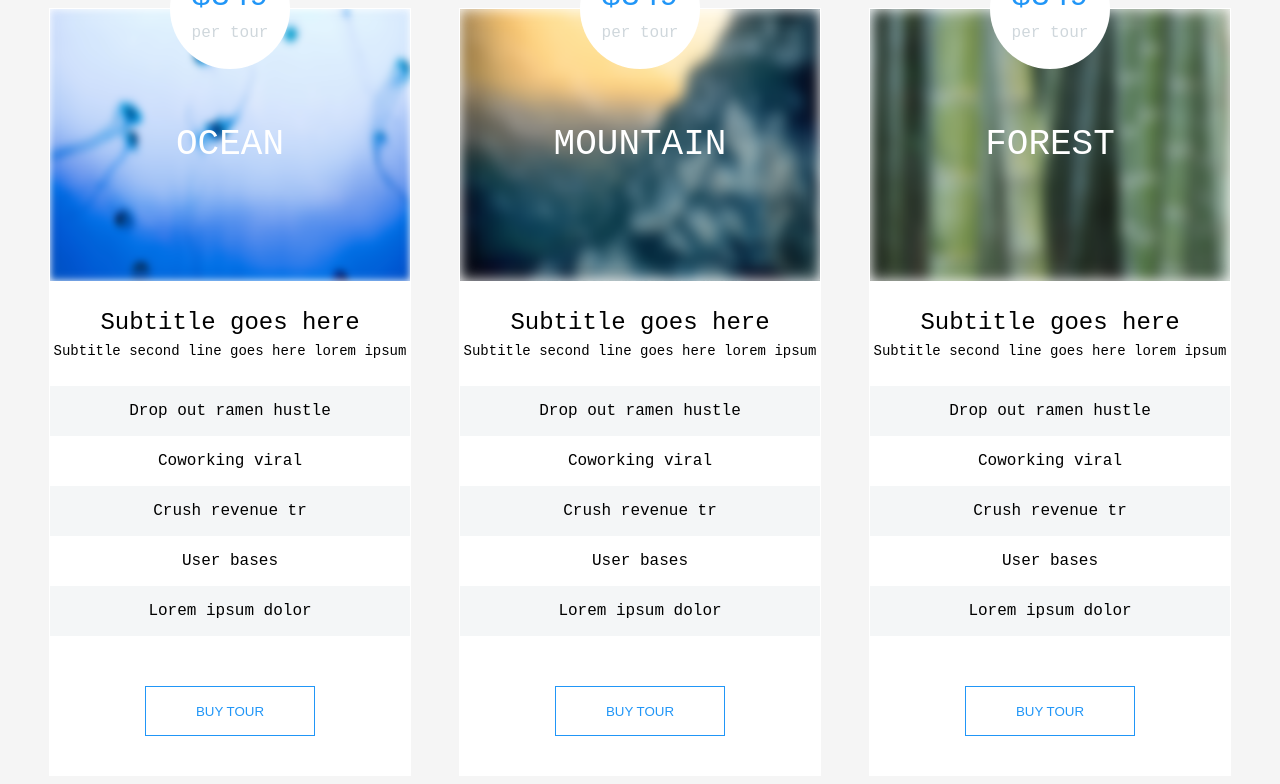
Repository: HoanTiny/pricetable
Page: index.html
The author's editor kept a copy of each file at every save. The page is drawn from the files as they stood at one save, then again after the next save.
The browser window is 1280 px wide. The pictures show the whole page.
The pointer rests on the first visible `.title_btn button`.

Above is the page before, as saved 2022-07-04 10:38:52.

### index.html
<!DOCTYPE html>
<html lang="en">
    <head>
        <meta charset="UTF-8" />
        <meta http-equiv="X-UA-Compatible" content="IE=edge" />
        <meta name="viewport" content="width=device-width, initial-scale=1.0" />
        <title>PriceTable</title>
        <link rel="stylesheet" href="./assests/css/style.css" />
    </head>
    <body>
        <div class="container">
            <div class="price-table">
                <div class="img">
                    <img src="./assests/img/ocean.png" alt="logo" />
                    <span>Ocean</span>
                </div>
                <div class="title">
                    <div class="title_header">
                        <p>Subtitle goes here</p>
                        <span>Subtitle second line goes here lorem ipsum</span>
                    </div>
                    <div class="title_list">
                        <ul>
                            <li>Drop out ramen hustle</li>
                            <li>Coworking viral</li>
                            <li>Crush revenue tr</li>
                            <li>User bases</li>
                            <li>Lorem ipsum dolor</li>
                        </ul>
                    </div>
                    <div class="title_btn">
                        <button type="">Buy Tour</button>
                    </div>
                    <div class="price">
                        <p>$349</p>
                        <span>per tour</span>
                    </div>
                </div>
            </div>
            <div class="price-table">
                <div class="img">
                    <img src="./assests/img/mountain.png" alt="logo" />
                    <span>Mountain</span>
                </div>
                <div class="title">
                    <div class="title_header">
                        <p>Subtitle goes here</p>
                        <span>Subtitle second line goes here lorem ipsum</span>
                    </div>
                    <div class="title_list">
                        <ul>
                            <li>Drop out ramen hustle</li>
                            <li>Coworking viral</li>
                            <li>Crush revenue tr</li>
                            <li>User bases</li>
                            <li>Lorem ipsum dolor</li>
                        </ul>
                    </div>
                    <div class="title_btn">
                        <button type="">Buy Tour</button>
                    </div>
                    <div class="price">
                        <p>$349</p>
                        <span>per tour</span>
                    </div>
                </div>
            </div>
            <div class="price-table">
                <div class="img">
                    <img src="./assests/img/forest.png" alt="logo" />
                    <span>forest</span>
                </div>
                <div class="title">
                    <div class="title_header">
                        <p>Subtitle goes here</p>
                        <span>Subtitle second line goes here lorem ipsum</span>
                    </div>
                    <div class="title_list">
                        <ul>
                            <li>Drop out ramen hustle</li>
                            <li>Coworking viral</li>
                            <li>Crush revenue tr</li>
                            <li>User bases</li>
                            <li>Lorem ipsum dolor</li>
                        </ul>
                    </div>
                    <div class="title_btn">
                        <button type="">Buy Tour</button>
                    </div>
                    <div class="price">
                        <p>$349</p>
                        <span>per tour</span>
                    </div>
                </div>
            </div>
        </div>
    </body>
</html>

### assests/css/style.css
body {
    background-color: #f5f5f5;
    font-family: "Courier New", Courier, monospace;
    font-size: 14px;
    line-height: 1.5;
    min-height: 100vh;
    display: flex;
    justify-content: center;
    align-items: center;
}

* {
    box-sizing: border-box;
}

.container {
    display: flex;
}

.price-table {
    width: 362px;
    height: 768px;
    background-color: #fff;
    position: relative;
    margin: 0 24px;
    border: 1px solid #fff;
}

.img {
    position: relative;
    height: 272px;
    width: 100%;
}

.img span {
    position: absolute;
    top: 50%;
    left: 50%;
    transform: translate(-50%, -50%);
    font-size: 36px;
    text-transform: uppercase;
    color: #fff;
}

img {
    width: 100%;
    height: 100%;
}

.title_header {
    text-align: center;
    margin: 24px 0;
}

.title_header p {
    font-size: 24px;
    margin: 0;
}

.title_header span {
    font-size: 14px;
}

.title_list ul {
    text-align: center;
    padding-left: 0;
    list-style: none;
}

.title_list ul li {
    font-size: 16px;
    height: 50px;
    line-height: 50px;
}

.title_list ul li:nth-child(odd) {
    background-color: #f4f6f7;
}

.title_btn {
    margin-top: 50px;
    text-align: center;
}

.title_btn button {
    width: 170px;
    height: 50px;
    border: 1px solid #2196f7;
    background-color: #fff;
    text-transform: uppercase;
    color: #2196f7;
    cursor: pointer;
}

.price {
    position: absolute;
    top: -60px;
    left: 120px;
    /* transform: translate(-50%, -50%); */
    width: 120px;
    height: 120px;
    border-radius: 50%;
    background-color: #fff;
    display: flex;
    justify-content: center;
    align-items: center;
    text-align: center;
    display: flex;
    flex-direction: column;
}

.price p {
    font-size: 32px;
    color: #2196f7;
    margin: 0;
}

.price span {
    font-size: 16px;
    color: #cfd7dc;
}

After the next save:
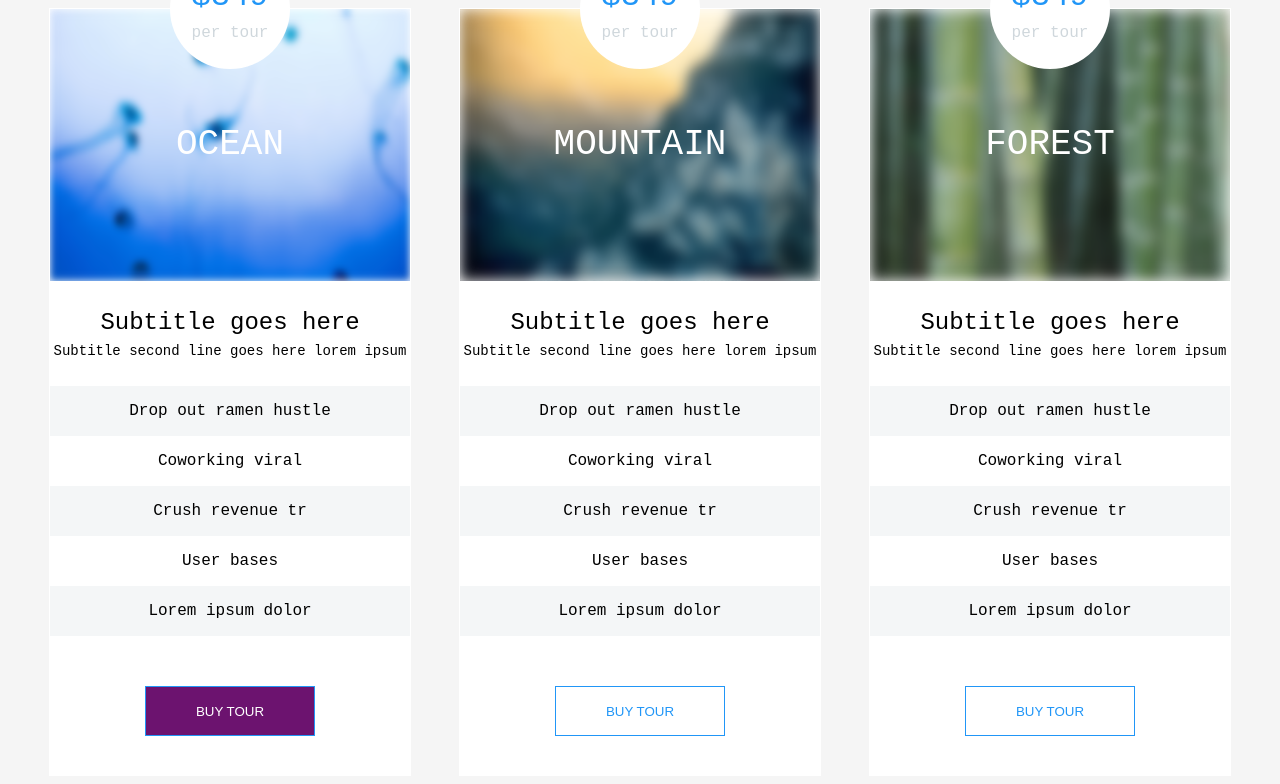
Saved 72 s later.
--- a/assests/css/style.css
+++ b/assests/css/style.css
@@ -92,6 +92,11 @@ img {
     cursor: pointer;
 }
 
+.title_btn button:hover {
+    background-color: #6c136f;
+    color: #fff;
+}
+
 .price {
     position: absolute;
     top: -60px;
